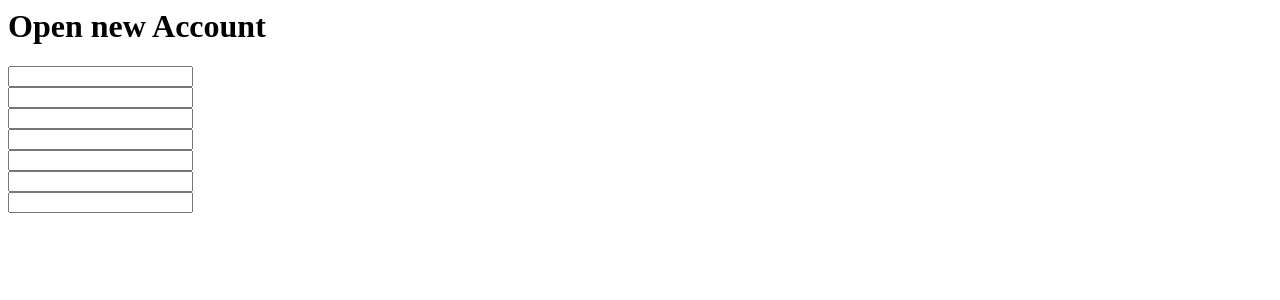
Repository: juanluispachecor/tasks
Page: http://localhost/ahitask/oldnewhome
An editor plug-in stored every save of this project. The page is shown before and after the next save, followed by the edit.
The browser window is 1280 px wide. The pictures show the whole page.
The page is served by Tomcat 9.

Above is the page before, as saved 2015-08-04 19:58:37.

After the next save:
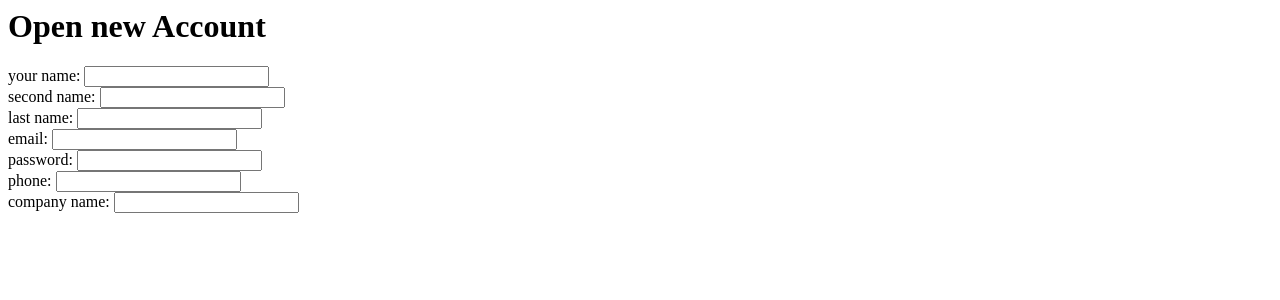
Saved 82 s later.
--- a/code/ahitask/src/main/webapp/WEB-INF/views/home.jsp
+++ b/code/ahitask/src/main/webapp/WEB-INF/views/home.jsp
@@ -10,25 +10,25 @@
 	<div>
 		<form action="newAccount" method="POST">
 			<div>
-				<input type="text" name="name" />
+				your name: <input type="text" name="name" />
 			</div>
 			<div>
-				<input type="text" name="secondName" />
+				second name: <input type="text" name="secondName" />
 			</div>
 			<div>
-				<input type="text" name="lastName" />
+				last name: <input type="text" name="lastName" />
 			</div>
 			<div>
-				<input type="email" name="email" />
+				email: <input type="email" name="email" />
 			</div>
 			<div>
-				<input type="password" name="pass" />
+				password: <input type="password" name="pass" />
 			</div>
 			<div>
-				<input type="tel" name="phone" />
+				phone: <input type="tel" name="phone" />
 			</div>
 			<div>
-				<input type="text" name="company" />
+				company name: <input type="text" name="company" />
 			</div>
 		</form>
 	</div>
